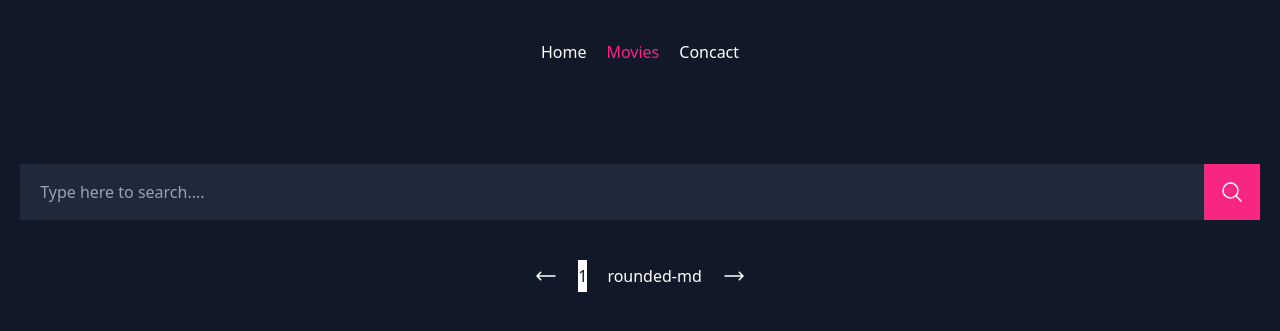
Repository: kieuduc123/ProjectMini-Movies
Page: /movies
The author's editor kept a copy of each file at every save. The page is drawn from the files as they stood at one save, then again after the next save.
The browser window is 1280 px wide. The pictures show the whole page.
The page's requests for data from a server got no answer. The project was rebuilt for these pictures with package versions that can differ from the ones it lists, and the page was loaded fresh each time. No one was signed in, and anything a server would have sent is missing. Also part of the build but not shown: vite.config.js, src/components/banner/Banner.jsx, src/components/movie/MoviCard.jsx, src/components/movie/MoviList.jsx, src/page/Homepage.jsx, src/page/Concact.jsx, src/page/MoviesDetails.jsx.

Above is the page before, as saved 2023-09-06 22:11:49.

After the next save:
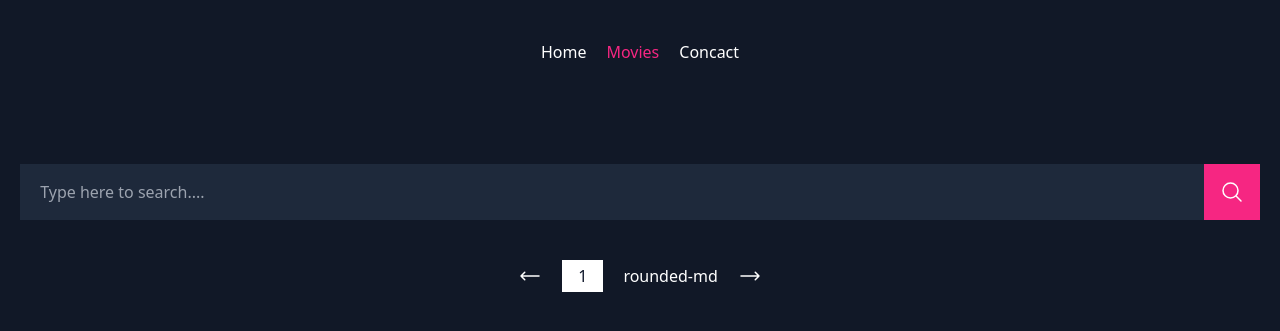
Saved 7 s later.
--- a/src/page/MoviesPage.jsx
+++ b/src/page/MoviesPage.jsx
@@ -53,7 +53,7 @@ const MoviesPage = () => {
 </svg>
 
             </span>
-            <span className='cursor-pointer inline-block bg-white text-slate-900 leading-none py-2'>1</span>rounded-md
+            <span className='cursor-pointer inline-block bg-white text-slate-900 leading-none py-2 px-4'>1</span>rounded-md
 
             <span><svg xmlns="http://www.w3.org/2000/svg" fill="none" viewBox="0 0 24 24" strokeWidth="1.5" stroke="currentColor" class="w-6 h-6">
   <path strokeLinecap="round" strokeLinejoin="round" d="M17.25 8.25L21 12m0 0l-3.75 3.75M21 12H3" />
